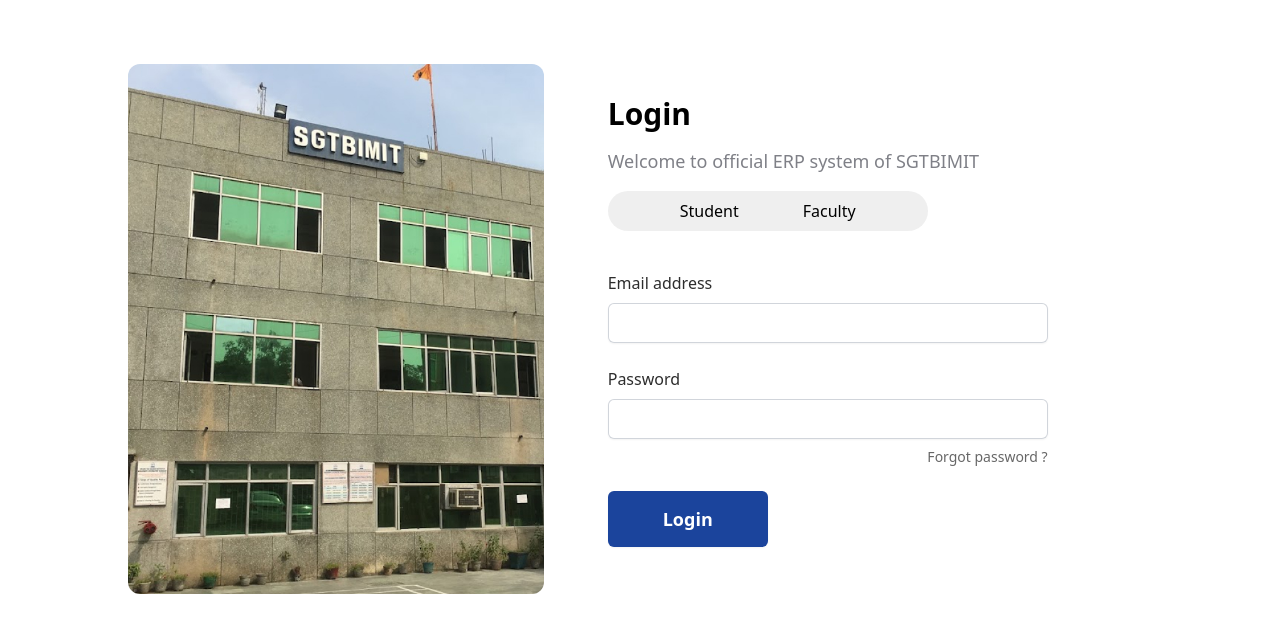
Repository: SehajBindra/SGTBIMIT-ERP-Client
Page: /StudentLogin
The author's editor kept a copy of each file at every save. The page is drawn from the files as they stood at one save, then again after the next save.
The browser window is 1280 px wide. The pictures show the whole page.
The project was rebuilt for these pictures with package versions that can differ from the ones it lists, and the page was loaded fresh each time. Also part of the build but not shown: src/LOGIN/Login.js, src/LOGIN/FACULTY/FacultyLogin.js, src/STUDENT_PAGE/StuBody.js, src/STUDENT_PAGE/StuSidebar.js, src/STUDENT_PAGE/StuHeader.js, src/STUDENT_PAGE/StudentHome.js, src/FACULTY_PAGE/FacBody.js, src/FACULTY_PAGE/FacHeader.js and 2 more.

Above is the page before, as saved 2023-05-14 16:42:37.

### src/App.js
import React from 'react';
import { BrowserRouter as Router, Routes, Route } from "react-router-dom";
import './App.css';
import Login from './LOGIN/Login';
import StudentLogin from './LOGIN/STUDENT/StudentLogin';
import FacultyLogin from './LOGIN/FACULTY/FacultyLogin';
import StuBody from './STUDENT_PAGE/StuBody';
import StudentHome from './STUDENT_PAGE/StudentHome';
import StuSidebar from './STUDENT_PAGE/StuSidebar';
import StuHeader from './STUDENT_PAGE/StuHeader';
import FacBody from './FACULTY_PAGE/FacBody';
import FacHeader from './FACULTY_PAGE/FacHeader';
import FacSidebar from './FACULTY_PAGE/FacSidebar';
import FacultyHome from './FACULTY_PAGE/FacultyHome';
function App() {
  return (
    <div className="App">
      <Router>
        <Routes>
        <Route exact path="/" element={<Login />}></Route>
        <Route exact path="StudentLogin" element={<StudentLogin/>}></Route>
        <Route exact path="FacultyLogin" element={<FacultyLogin/>}></Route>
        <Route exact path="StuBody" element={<StuBody/>}></Route>
        <Route exact path="StuSidebar" element={<StuSidebar/>}></Route>
        <Route exact path="StuHeader" element={<StuHeader/>}></Route>
        <Route exact path="StudentHome" element={<StudentHome/>}></Route>
        <Route exact path="FacBody" element={<FacBody/>}></Route>
        <Route exact path="FacHeader" element={<FacHeader/>}></Route>
        <Route exact path="FacSidebar" element={<FacSidebar/>}></Route>
        <Route exact path="FacultyHome" element={<FacultyHome/>}></Route>
        </Routes>
      </Router>
    </div>
  );
}

export default App;

### src/LOGIN/STUDENT/StudentLogin.js
import React, { useEffect, useState } from "react";
import VisibilityIcon from "@mui/icons-material/Visibility";
import VisibilityOffIcon from "@mui/icons-material/VisibilityOff";

const StudentLogin = () => {
  const [translate, setTranslate] = useState(false);
  const [username, setUsername] = useState("");
  const [password, setPassword] = useState("");
  const [showPassword, setShowPassword] = useState(false);
  const [loading] = useState(false);

  useEffect(() => {
    setTimeout(() => {
      setTranslate(true);
    }, 1000);
  }, []);

  return (
    <div className=" flex flex-row h-[530px] my-16 max-w-5xl mx-auto ">
      <div className=" flex-col flex  ">
        <img
          className="hidden md:inline h-[530px] object-cover rounded-xl"
          src="/sgtb.jpg"
          alt="banner_image"
        />
      </div>

      <div className="bg-white text-left flex  ml-16 flex-col my-8">
        <h2 className="text-3xl  font-semibold">Login</h2>
        <p className="text-[#7F8087] text-[18px] my-4">
          Welcome to official ERP system of SGTBIMIT
        </p>

        <div
          className="flex  flex-row items-center  justify-center h-10 text-[#
            1B449C] bg-[#EEEE] max-w-xs  space-x-16 capitalize text-[16px] rounded-[32px]"
        >
          <p>student</p>
          <p className="">faculty</p>
        </div>

        <div>
          <div className="mt-10 text-[16px]  sm:w-full sm:max-w-sm">
            <form className="space-y-6" action="#" method="POST">
              <div>
                <label className="block text-left  font-normal leading-6 text-[#2D2D2D]">
                  Email address
                </label>
                <div className="mt-2">
                  <input
                    id="email"
                    name="email"
                    type="email"
                    autoComplete="email"
                    required
                    className="block w-[440px] rounded-md border-0 py-2 text-gray-900 shadow-sm ring-1 ring-inset ring-gray-300 placeholder:text-gray-400 focus:ring-2 focus:ring-inset focus:ring-indigo-600 sm:text-sm sm:leading-6"
                  />
                </div>
              </div>

              <div>
                <div className="flex items-center justify-between">
                  <label
                    htmlFor="password"
                    className="block  font-normal leading-6 text-[#2D2D2D]"
                  >
                    Password
                  </label>
                </div>
                <div className="mt-2">
                  <input
                    id="password"
                    name="password"
                    type="password"
                    autoComplete="current-password"
                    required
                    className="block w-[440px] rounded-md border-0 py-2 text-gray-900 shadow-sm ring-1 ring-inset ring-gray-300 placeholder:text-gray-400 focus:ring-2 focus:ring-inset focus:ring-indigo-600 sm:text-sm sm:leading-6"
                  />
                </div>
                <div className="text-sm text-right w-[440px] my-2">
                  <a
                    href="#"
                    className=" font-medium text-black/60 hover:text-black/60"
                  >
                    Forgot password ?
                  </a>
                </div>
              </div>

              <div>
                <button
                  type="submit"
                  className="flex w-40 justify-center rounded-md bg-[#1B449C] px-3 py-4 text-[18px] font-semibold leading-6 text-white shadow-sm hover:bg-indigo-500 focus-visible:outline focus-visible:outline-2 focus-visible:outline-offset-2 focus-visible:outline-indigo-600"
                >
                  Login
                </button>
              </div>
            </form>
          </div>
        </div>
      </div>
    </div>
  );
};

export default StudentLogin;

### src/LOGIN/Login.css
*{
    margin: 0;
    padding: 0;
}
.display{
    min-height: 100vh;
    width: 100%;
    background-image: url("back.jpg");
    background-repeat: no-repeat;
    background-size: cover;
    background-position: center;
    position: relative;

}

Loaded but not shown: public/index.html (common file); src/index.js (common file); src/index.css (common file); src/App.css (common file); tailwind.config.js (common file)

After the next save:
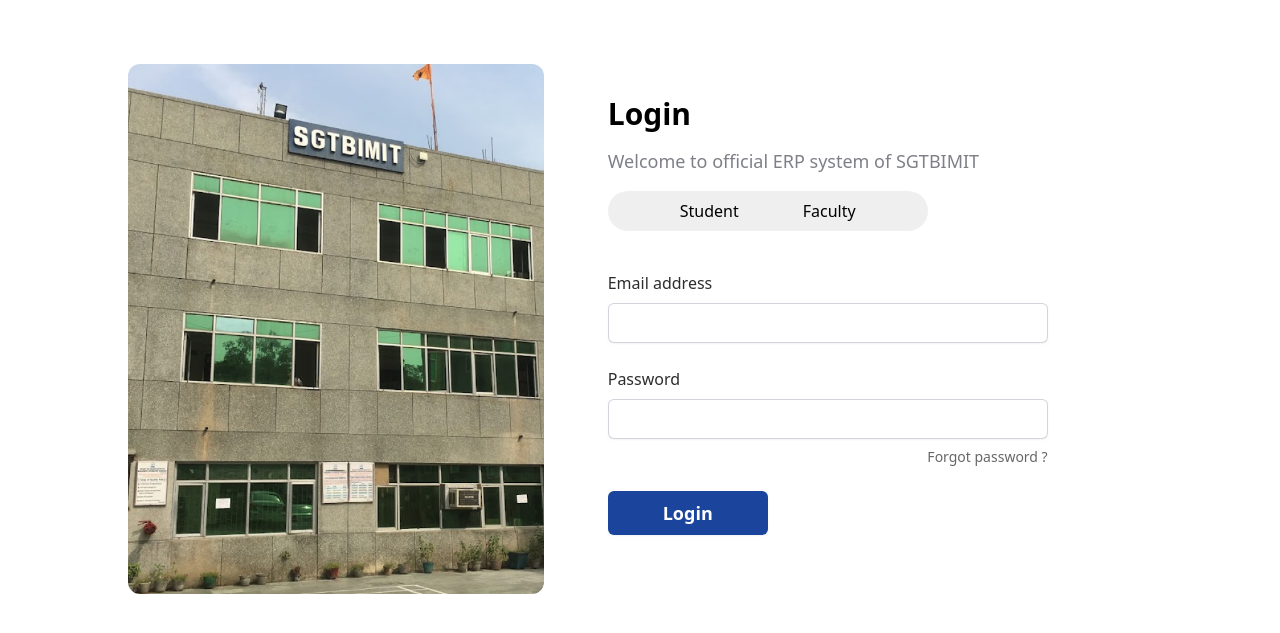
Saved 8 s later.
--- a/src/LOGIN/STUDENT/StudentLogin.js
+++ b/src/LOGIN/STUDENT/StudentLogin.js
@@ -90,7 +90,7 @@
               <div>
                 <button
                   type="submit"
-                  className="flex w-40 justify-center rounded-md bg-[#1B449C] px-3 py-4 text-[18px] font-semibold leading-6 text-white shadow-sm hover:bg-indigo-500 focus-visible:outline focus-visible:outline-2 focus-visible:outline-offset-2 focus-visible:outline-indigo-600"
+                  className="flex w-40 justify-center rounded-md bg-[#1B449C] px-3 py-2.5 text-[18px] font-semibold leading-6 text-white shadow-sm hover:bg-indigo-500 focus-visible:outline focus-visible:outline-2 focus-visible:outline-offset-2 focus-visible:outline-indigo-600"
                 >
                   Login
                 </button>
